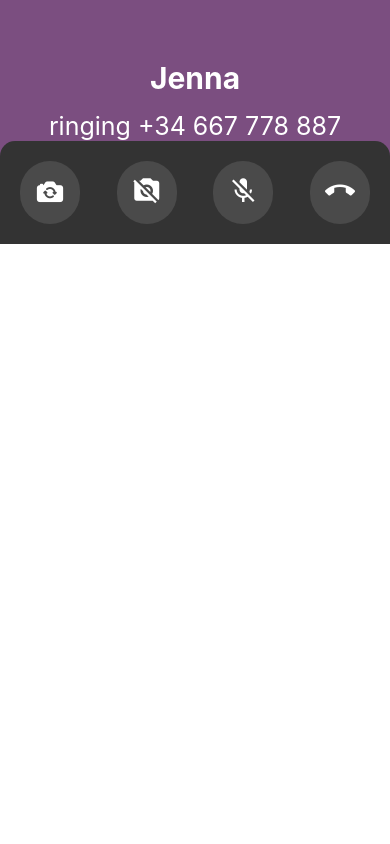
Repository: JennaFi/VideoCallApp
Screen: /
These files come from the project's save history. The screen is drawn as it stood at one moment and after the next save; the edit follows.
The app was drawn by React Native's web renderer in a window 390 px wide. The project was rebuilt for these pictures with package versions that can differ from the ones it lists, and the page was loaded fresh each time.

Above is the screen before, as saved 2022-01-12 00:21:30.

After the next save:
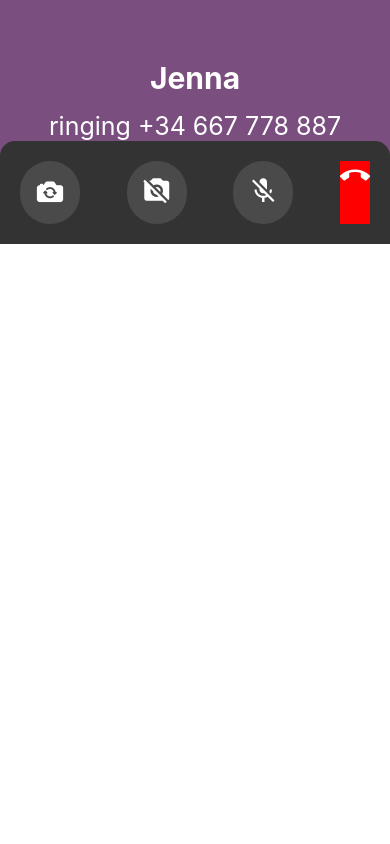
Saved 31 s later.
--- a/src/screens/CallingScreen/index.js
+++ b/src/screens/CallingScreen/index.js
@@ -23,7 +23,7 @@ const CallingScreen = () => {
           <MaterialIcons name='microphone-off' size={30} color={'white'} />
         </View>
 
-        <View style={styles.iconButton}>
+        <View style={styles.iconButton, {backgroundColor: 'red'}}>
           <MaterialIcons name='phone-hangup' size={30} color={'white'} />
         </View>
 
